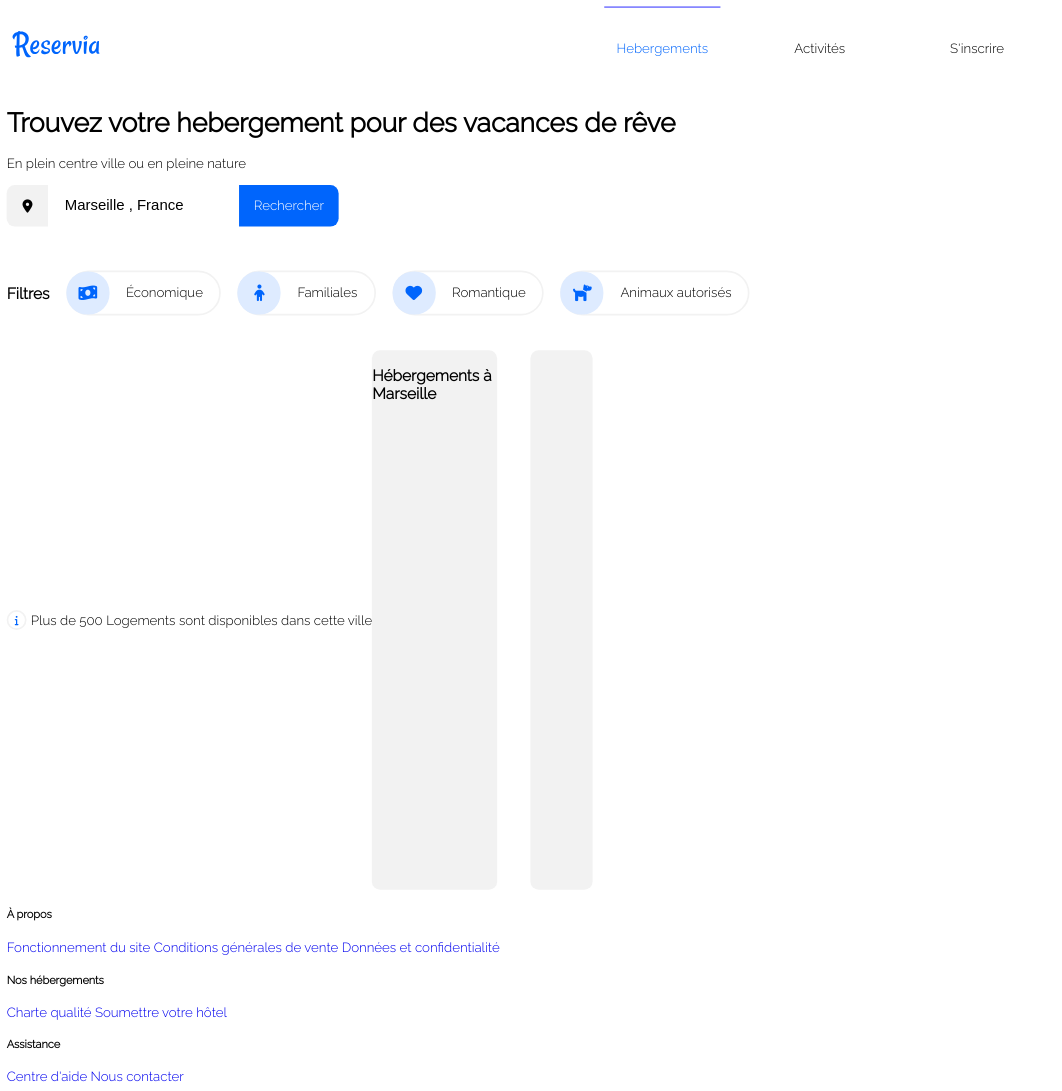
Repository: jaydeeonghub/DYLANBARBARISI_2_16062021
Page: index.html
An editor plug-in stored every save of this project. The page is shown before and after the next save, followed by the edit.
The browser window is 1280 px wide. The pictures show the whole page, at 83% of full size.
Some web libraries are served in a nearby version.

Above is the page before, as saved 2021-07-07 20:46:05.

### index.html
<!DOCTYPE html>
<html lang="fr">
<head>
    <script src="https://kit.fontawesome.com/864c7a6a3c.js" crossorigin="anonymous"></script>
    <link href="//netdna.bootstrapcdn.com/font-awesome/3.2.1/css/font-awesome.css" rel="stylesheet">
    <link rel="preconnect" href="https://fonts.gstatic.com">
    <link href="https://fonts.googleapis.com/css2?family=Raleway:wght@300&display=swap" rel="stylesheet">
    <link rel="stylesheet" href="Assets\Style\Styles.css">
        <meta charset="UTF-8">
        <meta http-equiv="X-UA-Compatible" content="IE=edge">
        <meta name="viewport" content="width=device-width, initial-scale=1.0">
    <title>Reservia</title>
</head>
<body>
    <header>
    <div class="Barre_de_navigation"> <!--Barre de navigation-->
        <div>
        <img
             class="marglogo"
             src="Assets/Logo/Reservia@3x.png"
             alt="Logo Reservia Responsive"
             srcset="Assets/Logo/Reservia.svg"
             width="120px"
             height="50px"
        />
    </div>
<nav class="LiensNav flexAround">
        <div class=" LiensNav2 flexCentre bordureNav">
        <a class="colorBleu decorationNone" href="#Hebergements">Hebergements</a>
    </div>
        <div class="LiensNav2 flexCentre">
        <a class="LiensColor2 decorationNone" href="#Activités">Activités</a>
    </div>
        <div class="LiensNav2 flexCentre"
            <a class="colorBleu decorationNone" href="#S'inscrire">S'inscrire</a></div>
    </nav>
    </header>
<main>
    <h1 class="texteGras">
    Trouvez votre hebergement pour des vacances de rêve
    </h1> <!--Titre d'accroche de la landing page-->
    <p>En plein centre ville ou en pleine nature</p>
    <div class="filtre margFiltreTitre">
        <div class="backGris flexCentre iconSize">
            <i class="fas fa-map-marker-alt"></i></div>
        <div>
            <input
                class="recherche flexCentre bordureNone paddingSearch"
                type="search"
                value="Marseille , France"
                />
            </div>
        <div class="backBleu flexCentre buttonSearch">Rechercher</div>
          </div>
          <div class="filtre margFiltre">
              <div class="margFiltreTitre"><h3>Filtres</h3></div>
          <div class="flexBetween filtreTexteIcons">
              <i class="fas fa-money-bill-wave fa-lg filtreIcons flexCentre"></i>
              <div class="filtreTexte flexCentre">Économique</div>
          </div>
          <div class="flexBetween filtreTexteIcons">
              <i class="fas fa-child fa-lg filtreIcons flexCentre"></i>
              <div class="filtreTexte flexCentre">Familiales</div>
          </div>
          <div class="flexBetween filtreTexteIcons">
              <i class="fas fa-heart fa-lg filtreIcons flexCentre"></i>
              <div class="filtreTexte flexCentre">Romantique</div>
          </div>
          <div class="flexBetween filtreTexteIcons">
              <i class="fas fa-dog fa-lg filtreIcons flexCentre"></i>
              <div class="filtreTexte flexCentre">Animaux autorisés</div>
          </div>
        </div>
    <div class="info">
        <div class="parentIcon flexCentre">
        <i class="fas fa-info fa-xs colorBleu"></i>
        </div>
    <p>Plus de 500 Logements sont disponibles dans cette ville</p> <!--Nombre approximatif de logements disponibles aux alentours-->
        <section class="flexAround">
        <div class="sizeHebergements backGris">
            <h3>Hébergements à Marseille</h3>
        <div></div>
        <div></div>
        <p></p>
        </div>
        <div class="sizePopulaires backGris"></div>
        </section>
    </main>
    <footer>
        <h5>À propos</h5>
            <a href="#Fonctionnementdusite">Fonctionnement du site</a>
            <a href="#CGV">Conditions générales de vente</a>
            <a href="Confidentialité">Données et confidentialité</a>
        <h5>Nos hébergements</h5>
            <a href="#chartequalité">Charte qualité</a>
            <a href="#Soumettrehôtel">Soumettre votre hôtel</a>
        <h5>Assistance</h5>
            <a href="#Centre d'aide">Centre d'aide</a>
            <a href="#Contact">Nous contacter</a>
    </footer>


</body>
</html>

### Assets/Style/Styles.css
*
html,body {font-family: Raleway;}

li {display: inline;}

a {text-decoration: none;}

.flexCentre {

    display: flex;
    justify-content: center;
    align-items: center;
}

.flexAround {

    display: flex;
    justify-content: space-around;
    align-items: center;
}
.flexBetween {
    display: flex;
    justify-content: space-between;
    align-items: center;
}
/* NAV */
.Barre_de_navigation {
    display: flex;
    justify-content: space-between;
    align-items: center;
    font-family: Raleway;
}
.bordureNav {
    border-top: 1px solid blue;
}
.bordureNav2 {
    border-top: 1px solid transparent;
}

.LiensNav {
    width: 45%;
}
.LiensNav2 {
    width: 140px;
    height: 99px;
}
.texteGras {

    font-weight: bold;
}
.sizeNav {
    height: 100px;
}
.LiensColor2 {
    color: black;
}
.marglogo {
    margin-bottom: 7px;
}

/* Colors */
.colorBleu {
    color: #0065fc;
}
.colorBleuClair {
    color: #deebff
}
.colorGris {
    color: #f2f2f2
}
.backBleu {
    background-color: #0065fc;
}
.backBleuClair {
    background-color: #deebff
}
.backGris {
    background-color: #f2f2f2
}

/* HEADER*/
.bordureSearch {
    width: 400px;
    border-radius: 10px;
    border: 0.5px solid #f2f2f2;
}
.paddingSearch {
    padding-left: 20px;
}
.recherche {
    height: 50px;
    width: 230px;
    font-size: 18px;
    color: black
    font-weight: bold
}
.iconSize {
    height: 50px;
    width: 50px;
    border-radius: 10px 0 0 10px;
}
.buttonSearch {
    height: 50px;
    width: 120px;
    color: white;
    cursor: pointer;
    border-radius: 0 10px 10px 0;
}
/* Filtres */

.filtre {
    display: flex;
    align-items: center;
}
.margFiltre {
    margin-top: 50px;
    margin-bottom: 40px;
}
.margFiltreTitre {
    margin-right: 20px;
}
.filtreTexteIcons {
    border: 2px solid #f2f2f2;
    height: 50px;
    border-radius: 30px;
    margin-right: 20px;
}
.filtreIcons {
    margin-left: -2px;
    border-radius: 25px;
    width: 52px;
    height: 52px;
    color: #0065fc;
    background-color: #deebff;
}
.filtreTexteIcons:hover > .filtreTexte {
    color:#0065fc
}
.filtreTexteIcons:hover > .filtreIcons {
    color:white;
    background-color:#0065fc;
}
.filtreTexte {
    height: 50px;
    padding-left: 20px;
    padding-right: 20px;
    border-radius: 0 25px 25px 0;
}
.bordureNone {
    border-style: none
}
/*Info */
.info {
    display: flex;
    align-items:center
}

/* Hebergements */
.sizePopulaires {
    flex: 1;
    height: 650px;
    margin-left: 20px;
    border-radius: 10px;
}
.sizeHebergements {
flex: 2;
height: 650px;
margin-right: 20px;
border-radius: 10px;
}
.parentIcon {
    width: 20px;
    height: 20px;
    border: 2px solid #f2f2f2;
    border-radius: 25px;
    margin-right:  5px;
}

After the next save:
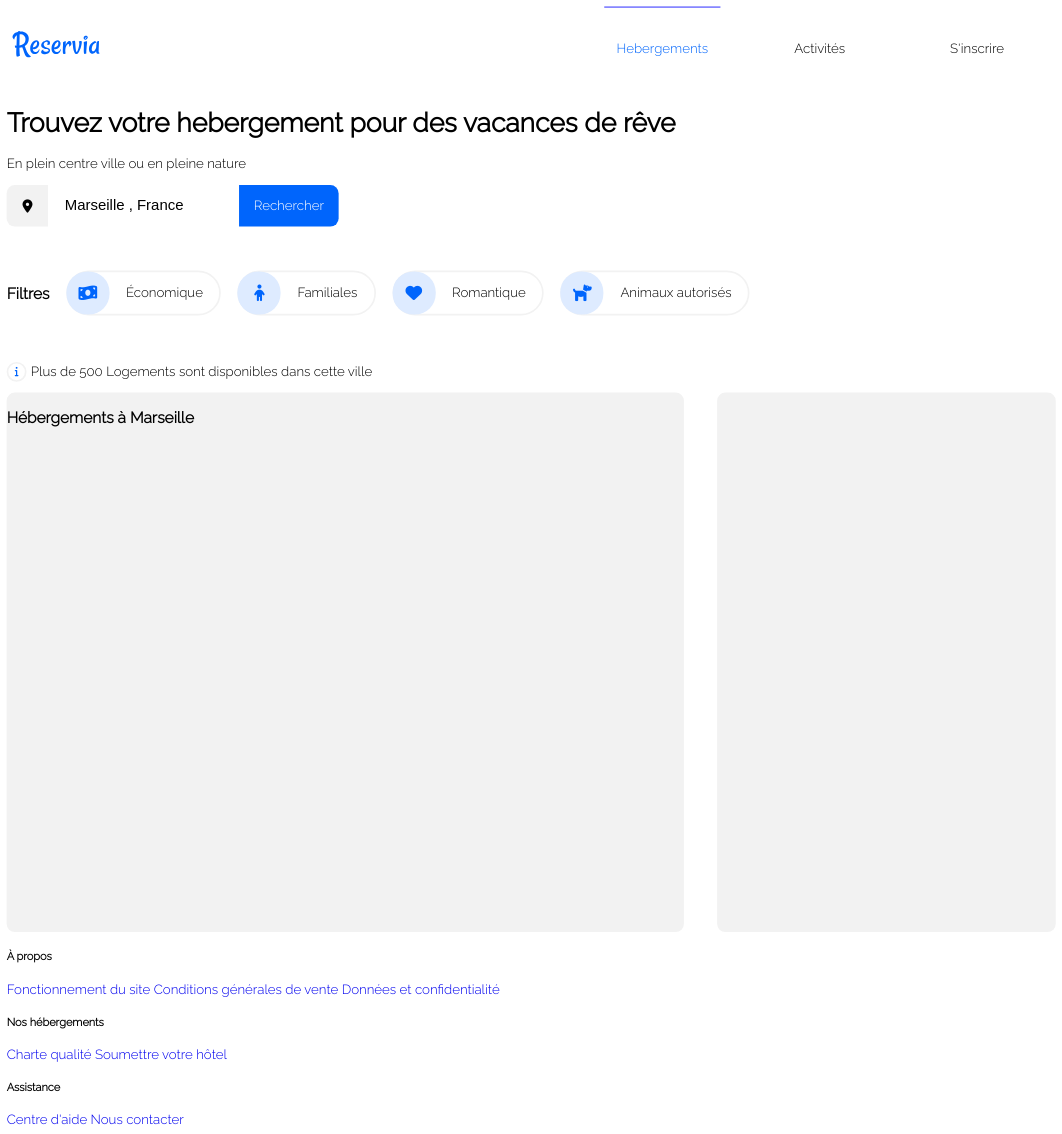
Saved 5 min 29 s later.
--- a/index.html
+++ b/index.html
@@ -76,7 +76,8 @@
         <i class="fas fa-info fa-xs colorBleu"></i>
         </div>
     <p>Plus de 500 Logements sont disponibles dans cette ville</p> <!--Nombre approximatif de logements disponibles aux alentours-->
-        <section class="flexAround">
+    </div>
+    <section class="flexAround">
         <div class="sizeHebergements backGris">
             <h3>Hébergements à Marseille</h3>
         <div></div>
